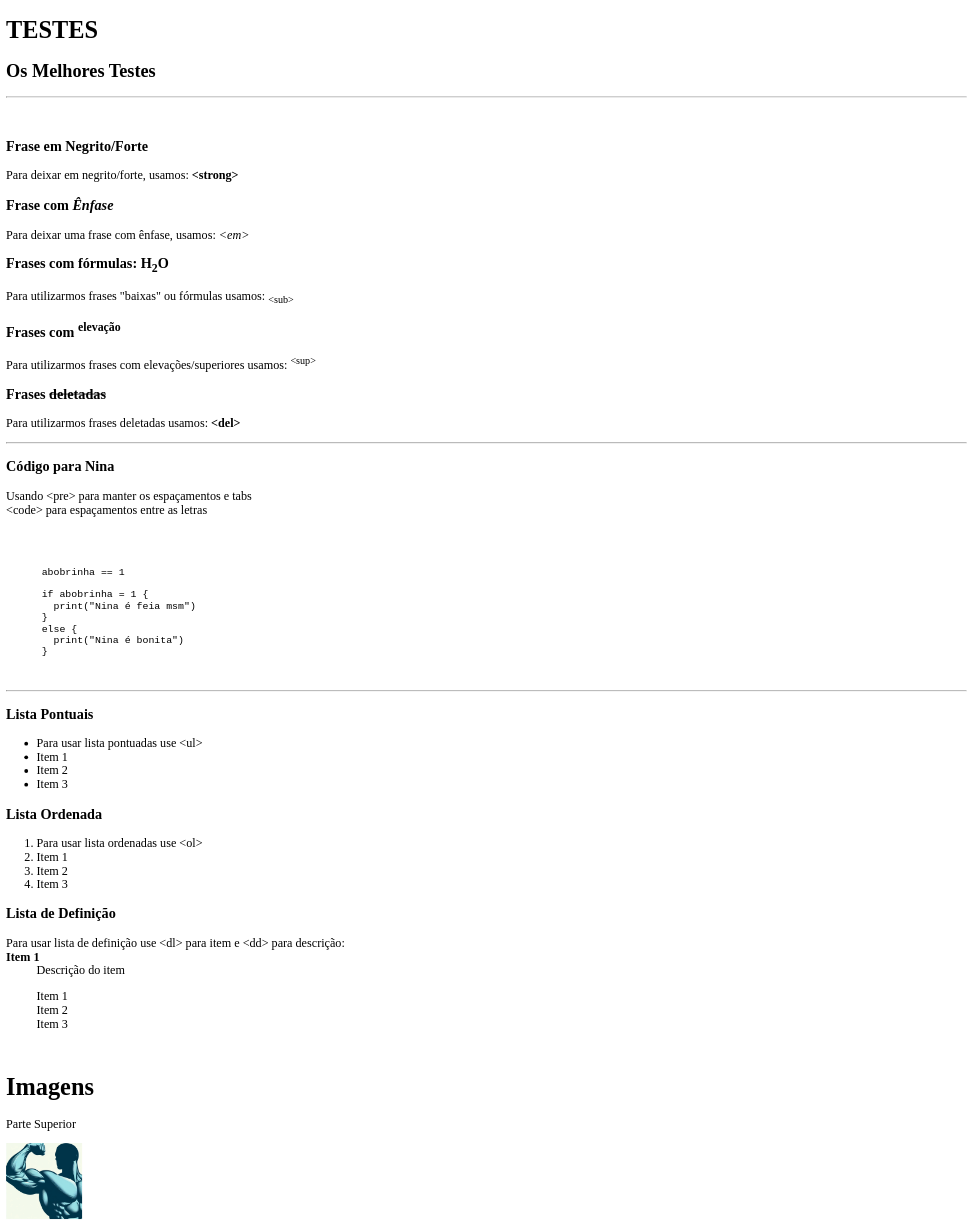
Repository: LuidyOn/Site_Forca_Total
Page: ForçaTotal/teste.html
The author's editor kept a copy of each file at every save. The page is drawn from the files as they stood at one save, then again after the next save.
The browser window is 1280 px wide. The pictures show the whole page, at 76% of full size.

Above is the page before, as saved 2025-05-15 14:11:01.

### ForçaTotal/teste.html
<!DOCTYPE html>
<html lang="pt-br">
<head>
  <meta charset="UTF-8">
  <meta name="viewport" content="width=device-width, initial-scale=1.0">
  <link rel="shortcut icon" href="img/icons/logo.ico" type="image/x-icon">
  <title>Testes Força total</title>
</head>
<body>
  <h1>TESTES</h1>
  <h2>Os Melhores Testes</h2>

  <hr>

  <p><br></p>

  <h3>Frase em <strong>Negrito/Forte</strong></h3>
  <p>Para deixar em negrito/forte, usamos: <strong>&lt;strong&gt;</strong></p>

  <h3>Frase com <em>Ênfase</em></h3>
  <p>Para deixar uma frase com ênfase, usamos: <em>&lt;em&gt;</em></p>

  <h3>Frases com fórmulas: H<sub>2</sub>O</h3>
  <p>Para utilizarmos frases "baixas" ou fórmulas usamos: <sub>&lt;sub&gt;</sub></p>

  <h3>Frases com <sup>elevação</sup></h3>
  <p>Para utilizarmos frases com elevações/superiores usamos: <sup>&lt;sup&gt;</sup></p>

  <h3>Frases <del>deletadas</del></h3>
  <p>Para utilizarmos frases deletadas usamos: <strong>&lt;del&gt;</strong></p>

  <hr>

  <h3>Código para Nina</h3>
  <p>Usando &lt;pre&gt; para manter os espaçamentos e tabs <br> &lt;code&gt; para espaçamentos entre as letras</p>

  <p><br></p>

  <pre>
    <code>
      abobrinha == 1

      if abobrinha = 1 {
        print("Nina é feia msm")
      }
      else {
        print("Nina é bonita")
      }
    </code>
  </pre>

  <hr>

  <h3>Lista Pontuais</h3>
  <ul>
    <li>Para usar lista pontuadas use &lt;ul&gt;</li>
    <li>Item 1</li>
    <li>Item 2</li>
    <li>Item 3</li>
  </ul>

  <h3>Lista Ordenada</h3>
  <ol>
    <li>Para usar lista ordenadas use &lt;ol&gt;</li>
    <li>Item 1</li>
    <li>Item 2</li>
    <li>Item 3</li>
  </ol>

  <h3>Lista de Definição</h3>
  <dl>
    <dt>Para usar lista de definição use &lt;dl&gt; para item e &lt;dd&gt para descrição:</dt>

    <dt>
      <strong>Item 1</strong>
      <dd>Descrição do item</dd>
    </dl>
    <dd>Item 1</dd>
    <dd>Item 2</dd>
    <dd>Item 3</dd>

  <p><br></p>

  <h1>Imagens</h1>
  <p>Parte Superior</p>
  <img src="img/parteSerior.png" alt="parte superior" style="width: 100px; height: 100px;">
</body>
</html>

After the next save:
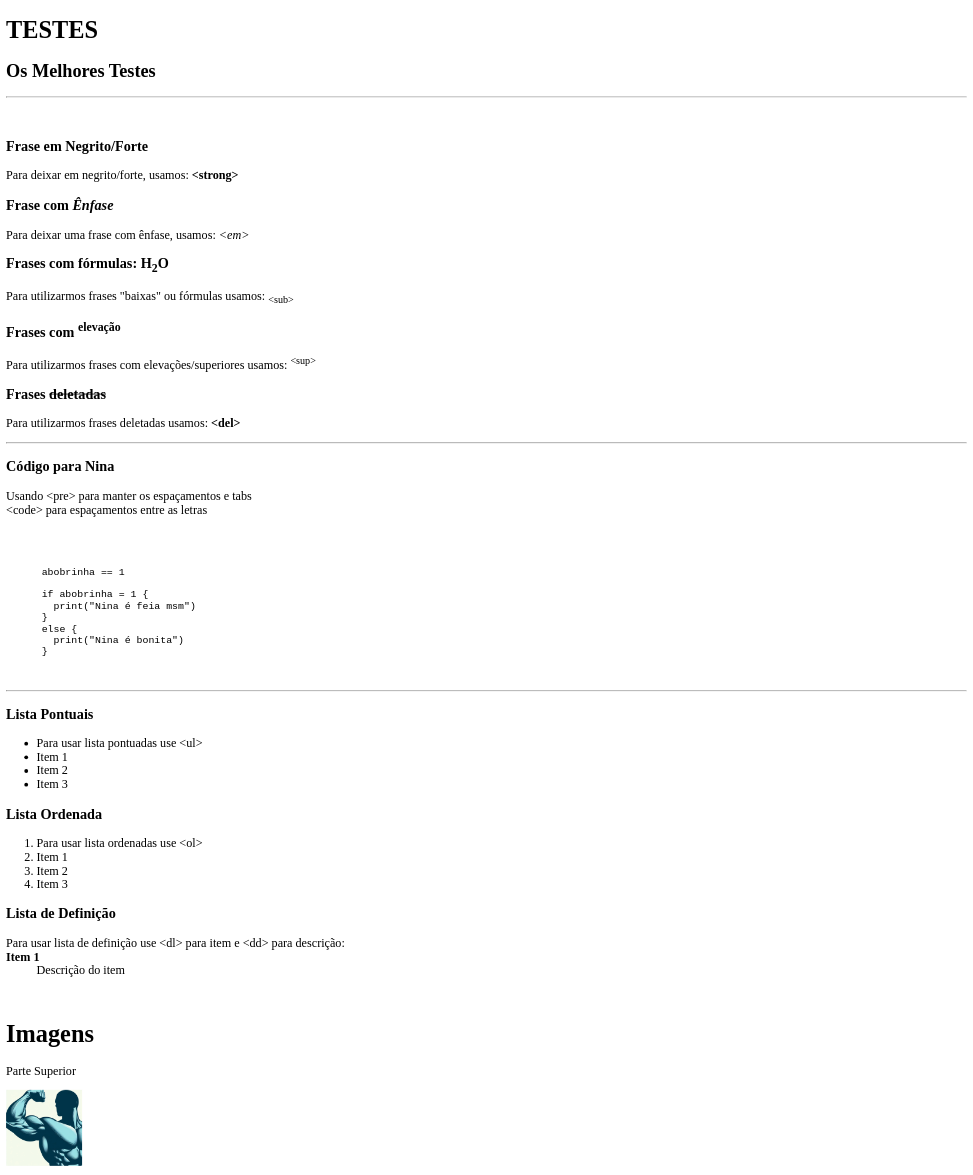
Saved 13 s later.
--- a/ForçaTotal/teste.html
+++ b/ForçaTotal/teste.html
@@ -75,9 +75,6 @@
       <strong>Item 1</strong>
       <dd>Descrição do item</dd>
     </dl>
-    <dd>Item 1</dd>
-    <dd>Item 2</dd>
-    <dd>Item 3</dd>
 
   <p><br></p>
 
